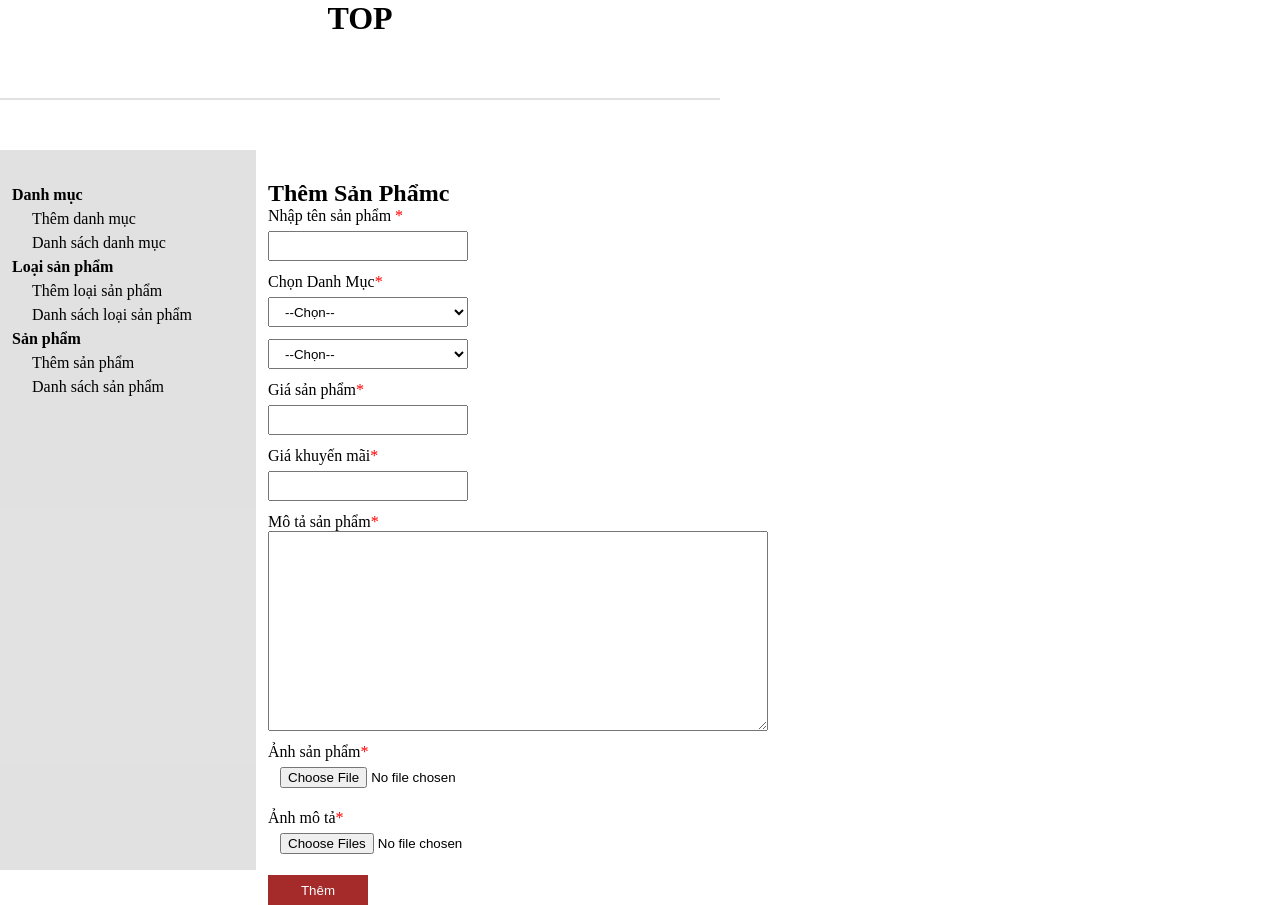
Repository: dinhvanbinh2310/ivy-moda
Page: Admin/productadd.html
The author's editor kept a copy of each file at every save. The page is drawn from the files as they stood at one save, then again after the next save.
The browser window is 1280 px wide. The pictures show the whole page.

Above is the page before, as saved 2022-07-06 16:12:45.

### Admin/productadd.html
<!DOCTYPE html>
<html lang="en">
<head>
  <meta charset="UTF-8">
  <meta http-equiv="X-UA-Compatible" content="IE=edge">
  <meta name="viewport" content="width=device-width, initial-scale=1.0">
  <link rel="stylesheet" href="style.css">
  <title>Danh mục sản phẩm</title>
</head>
<body>
  <header>
    <h1>TOP</h1>
  </header>
  <section class="admin-content">
    <div class="admin-content-left">
      <ul>
        <li> <a href="#">Danh mục</a>
          <ul>
            <li><a href="">Thêm danh mục</a></li>
            <li><a href="">Danh sách danh mục</a></li>
          </ul>
        </li>
        <li> <a href="#">Loại sản phẩm</a>
          <ul>
            <li><a href="">Thêm loại sản phẩm</a></li>
            <li><a href="">Danh sách loại sản phẩm</a></li>
          </ul>
        </li>
        <li> <a href="#">Sản phẩm</a>
          <ul>
            <li><a href="">Thêm sản phẩm</a></li>
            <li><a href="">Danh sách sản phẩm</a></li></li>
        </ul>
      </ul>
    </div>
    <div class="admin-content-right">
      <div class="admin-content-right-product-add">
          <h1>Thêm Sản Phẩmc</h1>
          <form action="" method="POST">
            <label for="">Nhập tên sản phẩm <span style="color:red;">*</span></label>
            <input type="text">
            <label for="">Chọn Danh Mục<span style="color:red;">*</span></label>
            <select name="" id="">
                <option value="#">--Chọn--</option>
            </select>
            <select name="" id="">
            <label for="">Chọn Loại Sản Phẩm<span style="color:red;">*</span></label>
              <option value="#">--Chọn--</option>
          </select>
          <label for="">Giá sản phẩm<span style="color:red;">*</span></label>
          <input type="text">
          <label for="">Giá khuyến mãi<span style="color:red;">*</span></label>
          <input type="text">
          <label for="">Mô tả sản phẩm<span style="color:red;">*</span></label>
          <textarea name="" id="" cols="30" rows="10"></textarea>
          <label for="">Ảnh sản phẩm<span style="color:red;">*</span></label>
          <input type="file">
          <label for="">Ảnh mô tả<span style="color:red;">*</span></label>
          <input multiple type="file">
          <button type="submit">Thêm</button>
          </form>
        </div>
      </div>
  </section>
</body>
</html>

### Admin/style.css
*{
  margin: 0;
  padding: 0;
  box-sizing: border-box;
  color: black;
  outline: none;
}
a{
  text-decoration: none;
}
ul{
  list-style: none;
}
header{
  height: 100px;
  width: 100vh;
  border-bottom: 2px solid #dddd;
  text-align: center;
  align-items: center;
}
.admin-content{
  padding-top: 50px;
  display: flex;
}
.admin-content-left{
  background-color: #dddd;
  width: 20%;
  height: 100vh;
  padding: 30px 0 0 12px;
}
.admin-content-left > ul >li >a{
  font-weight: bold;
}
.admin-content-left ul li{
  margin: 6px 0;
}
.admin-content-left ul ul{
  margin-left: 20px;
}
.admin-content-right{
  width: 80%;
  padding: 30px 0 0 12px;
}
.admin-content-right-cartegory-add input{
  height: 30px;
  width: 200px;
  padding-left: 12px;
  margin-top: 20px;
}
.admin-content-right-cartegory-add button{
  display: block;
  margin-top: 10px;
  height: 30px;
  width: 100px;
  cursor: pointer;
  background-color: brown;
  border: none;
  color: white;
  transition: all 0.3s ease;
}
.admin-content-right-cartegory-add button:hover{
  background-color: transparent;
  border: 1px solid brown;
  color: brown;
}
/* ------------------------Cartegorylist----------------------- */
.admin-content-right-cartegory_list table{
  width: 100%;
  text-align: center;
  margin-top: 20px;
}
.admin-content-right-cartegory_list table tr th,td{
  border: 1px solid #dddd;
}
table{
  border-collapse: collapse;
}
/* ------------------------Product----------------------- */
.admin-content-right-product-add input,select{
  width: 200px;
  height: 30px;
  display: block;
  margin: 6px 0 12px;
  padding-left: 12px;
}
.admin-content-right-product-add textarea{
  display: block;
  height: 200px;
  width: 500px;
  margin-bottom: 12px;
  padding: 12px;

}
.admin-content-right-product-add button{
  display: block;
  margin-top: 10px;
  height: 30px;
  width: 100px;
  cursor: pointer;
  background-color: brown;
  border: none;
  color: white;
  transition: all 0.3s ease;
}
.admin-content-right-product-add button:hover{
  background-color: transparent;
  border: 1px solid brown;
  color: brown;
}

After the next save:
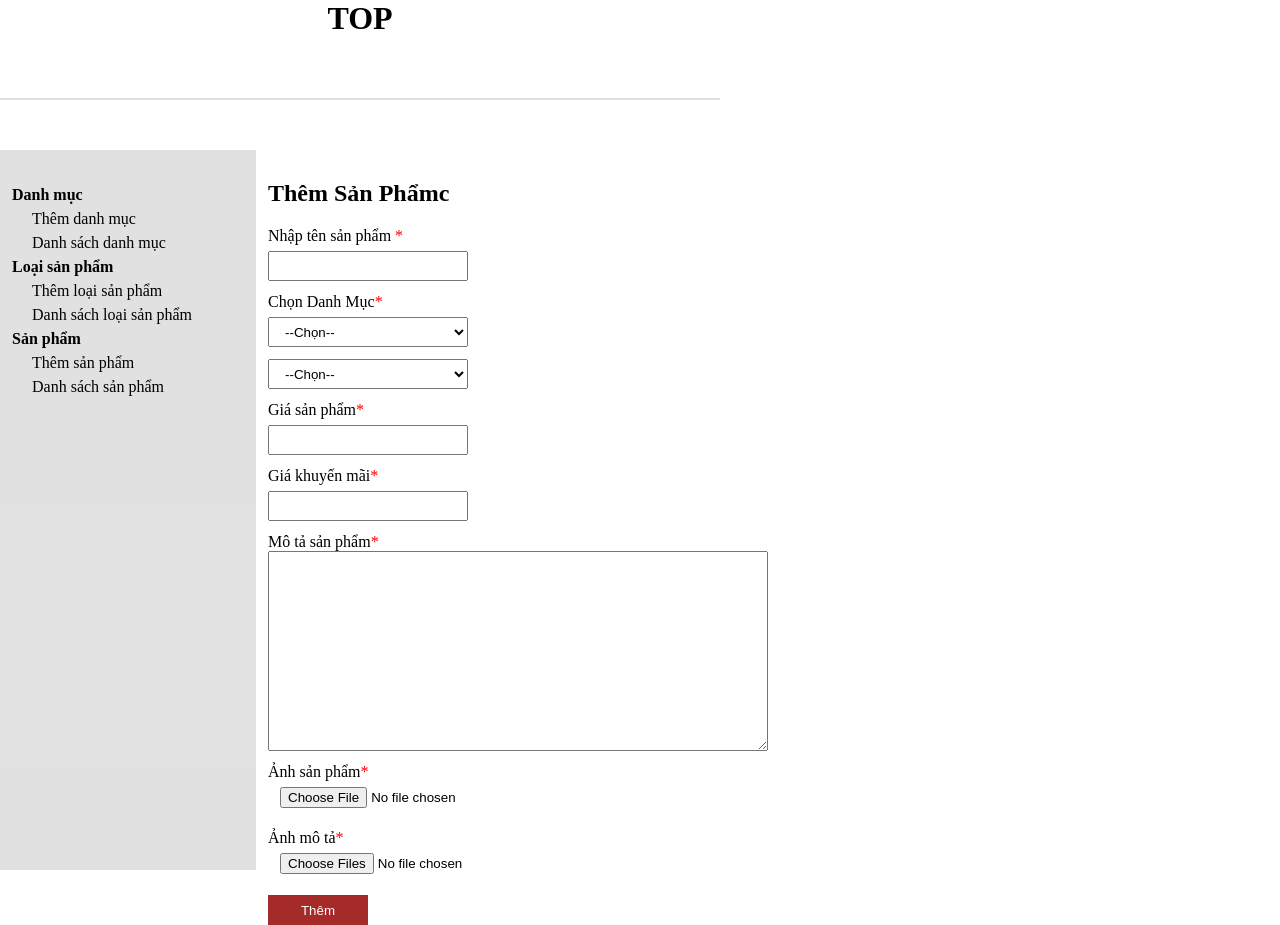
Saved 49 s later.
--- a/Admin/style.css
+++ b/Admin/style.css
@@ -76,6 +76,9 @@ table{
   border-collapse: collapse;
 }
 /* ------------------------Product----------------------- */
+.admin-content-right-product-add h1{
+  margin-bottom: 20px;
+}
 .admin-content-right-product-add input,select{
   width: 200px;
   height: 30px;
